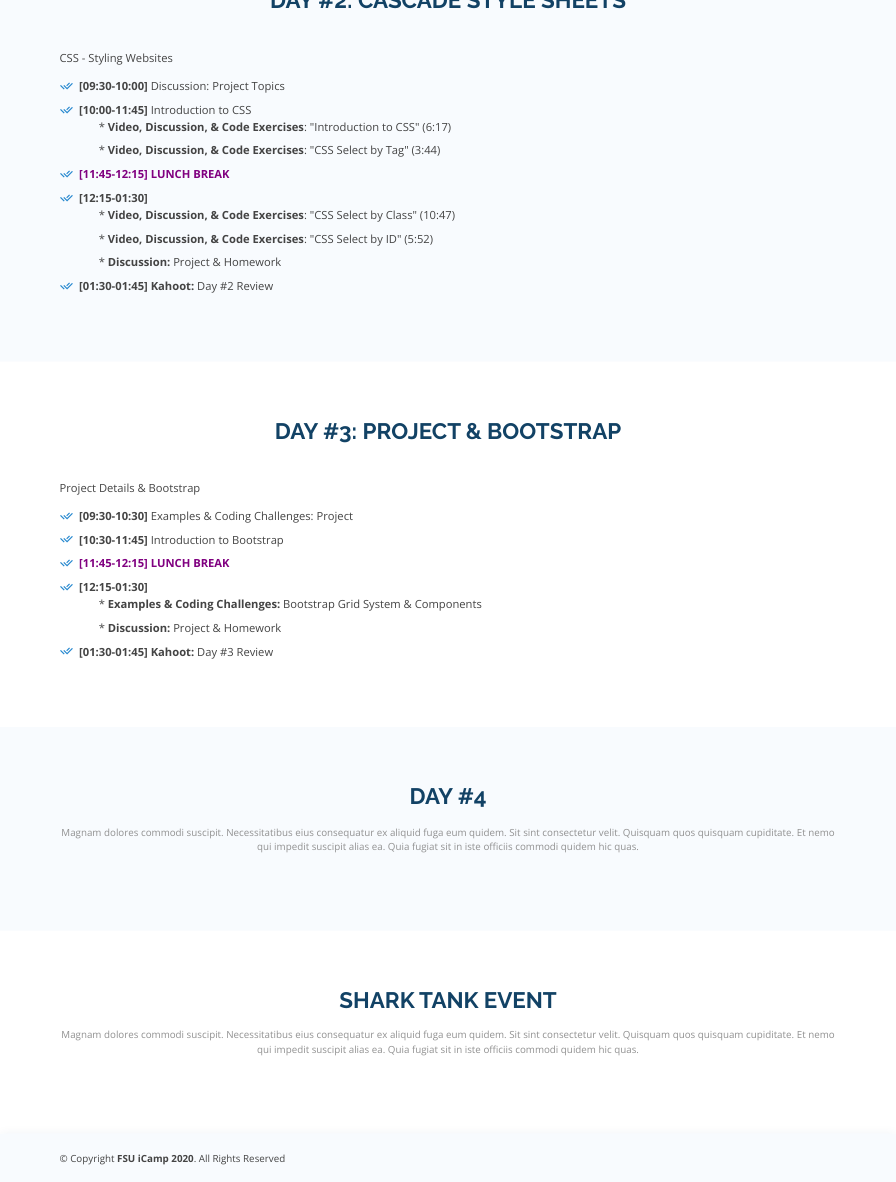
Repository: cchatmon/iCamp_2020
Page: iCamp_OnePage/index.html
The author's editor kept a record of every edit. The page is drawn from the files as they stood at one moment, then again after the next edit.
The browser window is 1280 px wide. The pictures show the part of the page from y = 1642 to 3562 px (the page is 3330 px tall before and 3562 px after), at 70% of full size.
Backgrounds fixed to the window are drawn as part of the page.

Above is the page before.

### iCamp_OnePage/index.html
<!DOCTYPE html>
<html lang="en">

<head>
  <meta charset="utf-8">
  <meta content="width=device-width, initial-scale=1.0" name="viewport">

  <title>FSU iCamp (Week #1)</title>
  <meta content="" name="descriptison">
  <meta content="" name="keywords">

  <!-- Favicons -->
  <link href="assets/img/favicon.png" rel="icon">
  <link href="assets/img/apple-touch-icon.png" rel="apple-touch-icon">

  <!-- Google Fonts -->
  <link href="https://fonts.googleapis.com/css?family=Open+Sans:300,300i,400,400i,600,600i,700,700i|Raleway:300,300i,400,400i,500,500i,600,600i,700,700i|Poppins:300,300i,400,400i,500,500i,600,600i,700,700i" rel="stylesheet">

  <!-- Vendor CSS Files -->
  <link href="assets/vendor/bootstrap/css/bootstrap.min.css" rel="stylesheet">
  <link href="assets/vendor/icofont/icofont.min.css" rel="stylesheet">
  <link href="assets/vendor/boxicons/css/boxicons.min.css" rel="stylesheet">
  <link href="assets/vendor/remixicon/remixicon.css" rel="stylesheet">
  <link href="assets/vendor/venobox/venobox.css" rel="stylesheet">
  <link href="assets/vendor/owl.carousel/assets/owl.carousel.min.css" rel="stylesheet">
  <link href="assets/vendor/aos/aos.css" rel="stylesheet">

  <!-- Template Main CSS File -->
  <link href="assets/css/style.css" rel="stylesheet">

  <!-- =======================================================
  * Template Name: OnePage - v2.0.0
  * Template URL: https://bootstrapmade.com/onepage-multipurpose-bootstrap-template/
  * Author: BootstrapMade.com
  * License: https://bootstrapmade.com/license/
  ======================================================== -->
</head>

<body>

  <!-- ======= Header ======= -->
  <header id="header" class="fixed-top">
    <div class="container d-flex align-items-center">

      <h1 class="logo mr-auto"><a href="index.html">FSU iCamp (Summer 2020)</a></h1>
      <!-- Uncomment below if you prefer to use an image logo -->
      <!-- <a href="index.html" class="logo mr-auto"><img src="assets/img/logo.png" alt="" class="img-fluid"></a>-->

      <nav class="nav-menu d-none d-lg-block">
        <ul>
          <li class="active"><a href="index.html">Home</a></li>
          <li><a href="#day1">Day #1</a></li>
          <li><a href="#day2">Day #2</a></li>
          <li><a href="#day3">Day #3</a></li>
          <li><a href="#day4">Day #4</a></li>
          <li><a href="#sharkTank">Shark Tank</a></li>
        </ul>
      </nav><!-- .nav-menu -->
    </div>
  </header><!-- End Header -->

  <!-- ======= Hero Section ======= -->
  <section id="hero" class="d-flex align-items-center">
    <div class="container position-relative" data-aos="fade-up" data-aos-delay="100">
      <div class="row justify-content-center">
        <div class="col-xl-7 col-lg-9 text-center">
          <h1>Web Design <br>&<br>Development</h1>
          <h2>Instructor:  Christy Chatmon</h2>
        </div>
      </div>
      </div>
  </section><!-- End Hero -->

  <main id="main">

    <!-- ======= Day #1 Section ======= -->
    <section id="day1" class="about">
      <div class="container" data-aos="fade-up">

        <div class="section-title">
          <h2>Day #1:  Getting Started</h2>
          <p>Getting Started & Structuring Websites using HTML </p>
        </div>

        <div class="row content">
          <div class="col-lg-12">
            <p>In today's world, web pages are the most common medium for sharing ideas and information.  Learning to design websites is an incredibly useful skill for any career path. The CodeHS Web Design course is a project-based course that teaches students how to build their own web pages. Students will learn the languages HTML and CSS, and will create their own live homepages to serve as portfolios of their creations. By the end of week #1, students will be able to explain how web pages are developed and viewed on the Internet,analyze and fix errors in existing websites, and create their very own multi page websites.  Students will learn the foundations of user interface design, rapid prototyping and user testing,and will work together to create professional, mobile responsive websites.
            </p>
            <ul>
              <li><i class="ri-check-double-line"></i><b>[09:30-10:00]</b> Welcome & iCamp Introductions by Ebe & Faye</li>
              <li><i class="ri-check-double-line"></i><b>[10:00-10:15]</b> Log in to CodeHS
                  <ul>
                    <li>* <a href="https://codehs.com"><u>Click to go to CodeHS</u></a></li>
                    <li>* Use the following code to join the class:  <b style="color:red;">E3396</b></li>
                  </ul>
              </li>
              <li><i class="ri-check-double-line"></i><b>[10:15-10:30]</b> Web Design Pretest (15 questions)</li>

              <li><i class="ri-check-double-line"></i><b>[10:30-11:45]</b>
                  <ul>
                    <li>* <b>Video, Discussion, & Exercises</b>: "Welcome to Web Design" (6:17) </li>
                    <li>* <b>Video, Discussion, & Exercises</b>:  "Web Design vs. Development" (3:44) </li>
                     <li>* <b>Exercise:</b> "Course goals" </li>
                    <li>* <b>Video, Discussion, & Exercises</b>:  "How does the Internet work?" (10:47) </li>
                    <li>* <b>Video, Discussion, & Exercises & Discussion</b>: "Viewing a Web Page" (5:52) </li>
                    <li>* <b>Video, Discussion, & Code Exercises</b>: Introduction to HTML" (6:05) </li>
                   <li>* <b>Video, Discussion, & Code Exercises</b>: "Structure of an HTML Page"  (7:19) </li>
                  </ul>
                </li>
                <li><i class="ri-check-double-line"></i><b style="color:purple;">[11:45-12:15]  LUNCH BREAK </b>
                </li>
                <li><i class="ri-check-double-line"></i><b>[12:15-01:30]  Basic HTML</b>
                    <ul>
                        <li>* Formatting Text</li>
                        <li>* Links</li>
                        <li>* Images</li>
                        <li>* Copyright</li>
                        <li>* Lists</li>
                        <li>* Tables</li>
                        <li>* Styling</li>
                        <li>* Colors</li>
                      </ul>
                </li>
                <li>* <b>Discussion:</b>  Project & Homework </li>
                <li><i class="ri-check-double-line"></i><b>[01:30-01:45]  Kahoot:</b>  Day #1 Review
              </li>

            </ul>
          </div>
        </div>
      </div>
    </section><!-- End Day #1 Section -->


    <!-- ======= Day #2 Section ======= -->
    <section id="day2" class="services section-bg">
      <div class="container" data-aos="fade-up">

        <div class="section-title">
          <h2>Day #2:  Cascade Style Sheets</h2>
        </div>


        <div class="row content">
          <div class="col-lg-12">
            <p>CSS - Styling Websites
            </p>
            <ul>
              <li><i class="ri-check-double-line"></i><b>[09:30-10:00]</b> Discussion:  Project Topics</li>

              <li><i class="ri-check-double-line"></i><b>[10:00-11:45]</b> Introduction to CSS
                  <ul>
                    <li>* <b>Video, Discussion, & Code Exercises</b>: "Introduction to CSS" (6:17) </li>
                    <li>* <b>Video, Discussion, & Code Exercises</b>:  "CSS Select by Tag" (3:44) </li>
                  </ul>
                </li>
                <li><i class="ri-check-double-line"></i><b style="color:purple;">[11:45-12:15]  LUNCH BREAK </b>
                </li>
                <li><i class="ri-check-double-line"></i><b>[12:15-01:30]</b>
                <ul>
                    <li>* <b>Video, Discussion, & Code Exercises</b>:  "CSS Select by Class" (10:47) </li>
                    <li>* <b>Video, Discussion, & Code Exercises</b>: "CSS Select by ID" (5:52) </li>
                    <li>* <b>Discussion:</b>  Project & Homework </li>
                  </ul>
              </li>
                <li><i class="ri-check-double-line"></i><b>[01:30-01:45]  Kahoot:</b>   Day #2 Review
              </li>

            </ul>
          </div>
        </div>
      </div>
    </section><!-- End Day #2 Section -->

    <!-- ======= Day3 Section ======= -->
    <section id="day3" class="portfolio">
      <div class="container" data-aos="fade-up">

        <div class="section-title">
          <h2>Day #3:  Project & Bootstrap</h2>
        </div>


        <div class="row content">
          <div class="col-lg-12">
            <p>Project Details & Bootstrap
            </p>
            <ul>
              <li><i class="ri-check-double-line"></i><b>[09:30-10:30]</b> Examples & Coding Challenges:  Project</li>

              <li><i class="ri-check-double-line"></i><b>[10:30-11:45]</b> Introduction to Bootstrap
                </li>
                <li><i class="ri-check-double-line"></i><b style="color:purple;">[11:45-12:15]  LUNCH BREAK </b>
                </li>
                <li><i class="ri-check-double-line"></i><b>[12:15-01:30]</b>
                <ul>
                    <li>*  <b>Examples & Coding Challenges:</b>  Bootstrap Grid System & Components

                    <li>* <b>Discussion:</b>  Project & Homework </li>
                  </ul>
              </li>
                <li><i class="ri-check-double-line"></i><b>[01:30-01:45]  Kahoot:</b>  Day #3 Review
              </li>

            </ul>
          </div>
        </div>
      </div>
    </section><!-- End Day #3 Section -->

    <!-- ======= Day #4 Section ======= -->
    <section id="day4" class="team section-bg">
      <div class="container" data-aos="fade-up">

        <div class="section-title">
          <h2>Day #4</h2>
          <p>Magnam dolores commodi suscipit. Necessitatibus eius consequatur ex aliquid fuga eum quidem. Sit sint consectetur velit. Quisquam quos quisquam cupiditate. Et nemo qui impedit suscipit alias ea. Quia fugiat sit in iste officiis commodi quidem hic quas.</p>
        </div>
      </div>
    </section><!-- End Day #4 Section -->

    <!-- ======= Shark Tank Section ======= -->
    <section id="sharkTank" class="pricing">
      <div class="container" data-aos="fade-up">

        <div class="section-title">
          <h2>Shark Tank Event</h2>
          <p>Magnam dolores commodi suscipit. Necessitatibus eius consequatur ex aliquid fuga eum quidem. Sit sint consectetur velit. Quisquam quos quisquam cupiditate. Et nemo qui impedit suscipit alias ea. Quia fugiat sit in iste officiis commodi quidem hic quas.</p>
        </div>
      </div>
    </section><!-- End Shark Tank Event Section -->


  </main><!-- End #main -->

  <!-- ======= Footer ======= -->
  <footer id="footer">

    <div class="container d-md-flex py-4">

      <div class="mr-md-auto text-center text-md-left">
        <div class="copyright">
          &copy; Copyright <strong><span>FSU iCamp 2020</span></strong>. All Rights Reserved
        </div>

  </footer><!-- End Footer -->

  <a href="#" class="back-to-top"><i class="ri-arrow-up-line"></i></a>
  <div id="preloader"></div>

  <!-- Vendor JS Files -->
  <script src="assets/vendor/jquery/jquery.min.js"></script>
  <script src="assets/vendor/bootstrap/js/bootstrap.bundle.min.js"></script>
  <script src="assets/vendor/jquery.easing/jquery.easing.min.js"></script>
  <script src="assets/vendor/php-email-form/validate.js"></script>
  <script src="assets/vendor/waypoints/jquery.waypoints.min.js"></script>
  <script src="assets/vendor/counterup/counterup.min.js"></script>
  <script src="assets/vendor/venobox/venobox.min.js"></script>
  <script src="assets/vendor/owl.carousel/owl.carousel.min.js"></script>
  <script src="assets/vendor/isotope-layout/isotope.pkgd.min.js"></script>
  <script src="assets/vendor/aos/aos.js"></script>

  <!-- Template Main JS File -->
  <script src="assets/js/main.js"></script>

</body>

</html>

Loaded but not shown: iCamp_OnePage/assets/vendor/bootstrap/css/bootstrap.min.css (library); iCamp_OnePage/assets/vendor/icofont/icofont.min.css (library); iCamp_OnePage/assets/vendor/boxicons/css/boxicons.min.css (library); iCamp_OnePage/assets/vendor/remixicon/remixicon.css (library); iCamp_OnePage/assets/vendor/venobox/venobox.css (library); iCamp_OnePage/assets/vendor/owl.carousel/assets/owl.carousel.min.css (library); iCamp_OnePage/assets/vendor/aos/aos.css (library); iCamp_OnePage/assets/vendor/jquery/jquery.min.js (library); iCamp_OnePage/assets/vendor/bootstrap/js/bootstrap.bundle.min.js (library); iCamp_OnePage/assets/vendor/jquery.easing/jquery.easing.min.js (common file); iCamp_OnePage/assets/vendor/php-email-form/validate.js (library); iCamp_OnePage/assets/vendor/waypoints/jquery.waypoints.min.js (library); iCamp_OnePage/assets/vendor/counterup/counterup.min.js (common file); iCamp_OnePage/assets/vendor/venobox/venobox.min.js (library); iCamp_OnePage/assets/vendor/owl.carousel/owl.carousel.min.js (library); iCamp_OnePage/assets/vendor/isotope-layout/isotope.pkgd.min.js (library); iCamp_OnePage/assets/vendor/aos/aos.js (library); iCamp_OnePage/assets/js/main.js (207 lines, source omitted); iCamp_OnePage/assets/css/style.css (2029 lines, source omitted)

After the next edit:
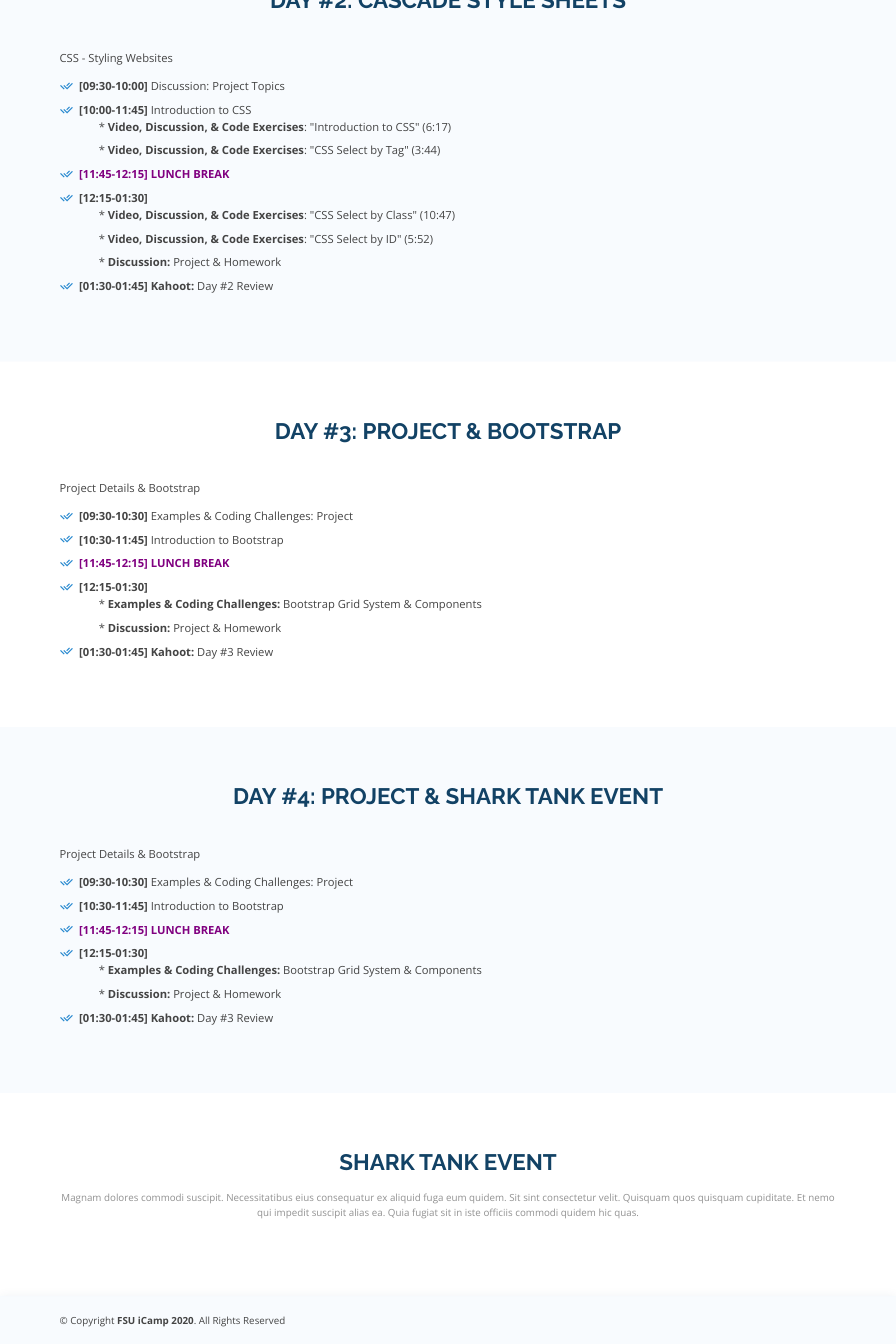
The edit:
--- a/iCamp_OnePage/index.html
+++ b/iCamp_OnePage/index.html
@@ -213,8 +213,33 @@
       <div class="container" data-aos="fade-up">
 
         <div class="section-title">
-          <h2>Day #4</h2>
-          <p>Magnam dolores commodi suscipit. Necessitatibus eius consequatur ex aliquid fuga eum quidem. Sit sint consectetur velit. Quisquam quos quisquam cupiditate. Et nemo qui impedit suscipit alias ea. Quia fugiat sit in iste officiis commodi quidem hic quas.</p>
+          <h2>Day #4:  Project & Shark Tank Event</h2>
+        </div>
+
+
+        <div class="row content">
+          <div class="col-lg-12">
+            <p>Project Details & Bootstrap
+            </p>
+            <ul>
+              <li><i class="ri-check-double-line"></i><b>[09:30-10:30]</b> Examples & Coding Challenges:  Project</li>
+
+              <li><i class="ri-check-double-line"></i><b>[10:30-11:45]</b> Introduction to Bootstrap
+                </li>
+                <li><i class="ri-check-double-line"></i><b style="color:purple;">[11:45-12:15]  LUNCH BREAK </b>
+                </li>
+                <li><i class="ri-check-double-line"></i><b>[12:15-01:30]</b>
+                <ul>
+                    <li>*  <b>Examples & Coding Challenges:</b>  Bootstrap Grid System & Components
+
+                    <li>* <b>Discussion:</b>  Project & Homework </li>
+                  </ul>
+              </li>
+                <li><i class="ri-check-double-line"></i><b>[01:30-01:45]  Kahoot:</b>  Day #3 Review
+              </li>
+
+            </ul>
+          </div>
         </div>
       </div>
     </section><!-- End Day #4 Section -->
